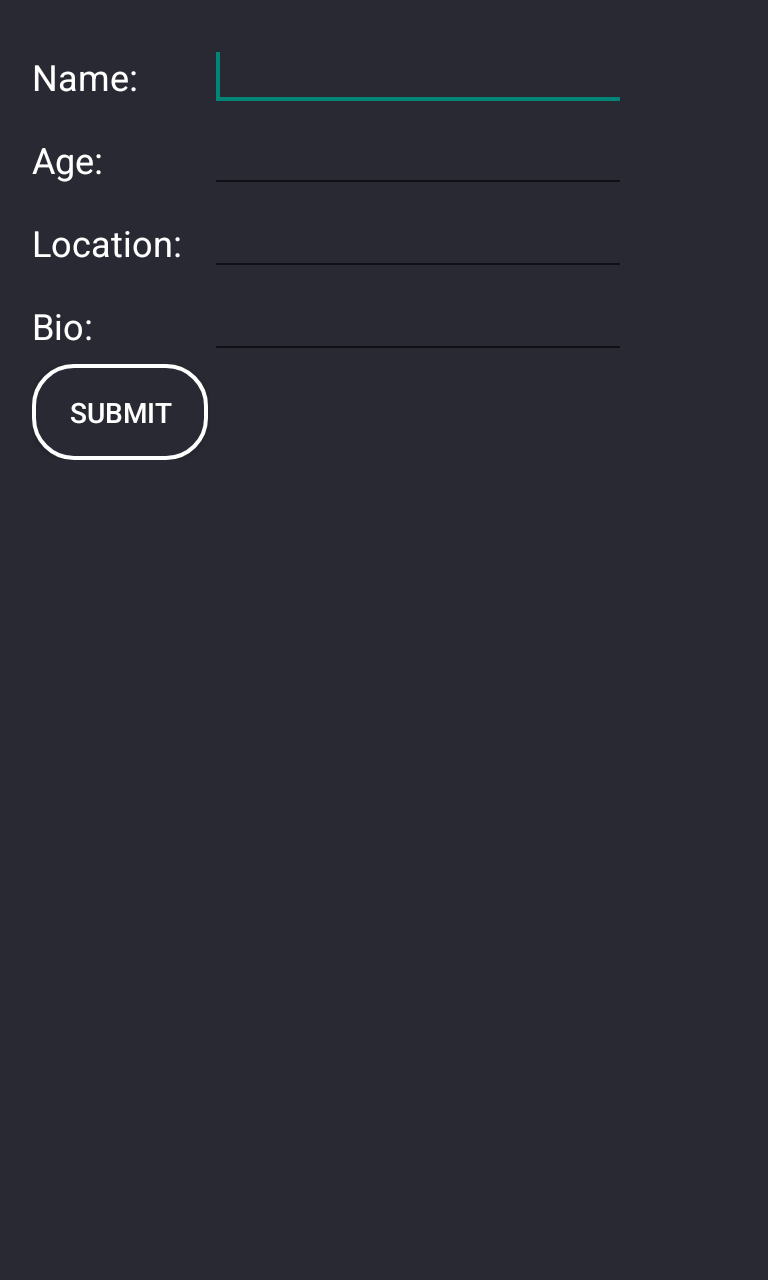
Repository: SageMantis/SeniorProjectGrouple
Layout: client/Grouple/res/layout/activity_edit_profile.xml
These files come from the project's save history. The layout is drawn as it stood at one moment and after the next save; the edit follows.
It is drawn on a 768 x 1280 px phone screen (xhdpi) without system bars, with theme AppBaseTheme; the app's code is not run.

Above is the layout before, as saved 2014-11-05 04:50:49.

After the next save:
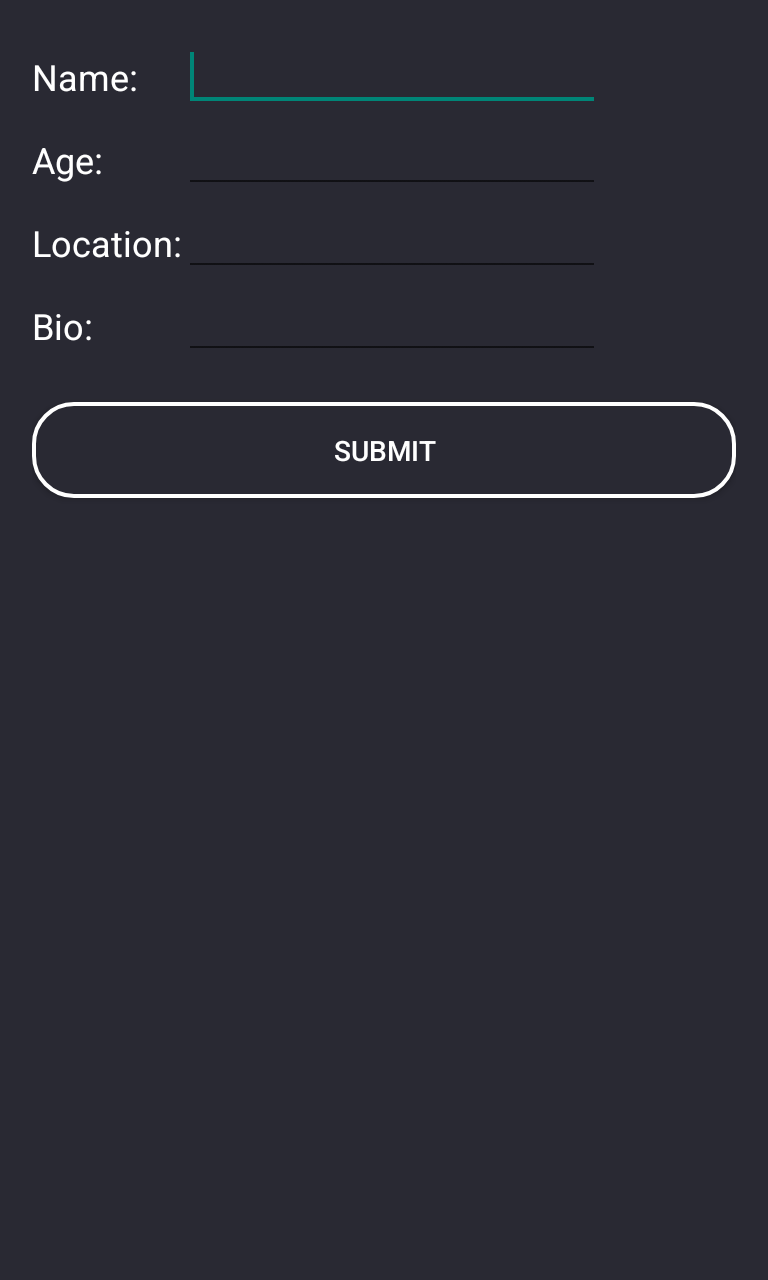
Saved 20 s later.
--- a/client/Grouple/res/layout/activity_edit_profile.xml
+++ b/client/Grouple/res/layout/activity_edit_profile.xml
@@ -107,15 +107,6 @@
         android:layout_width="wrap_content"
         android:layout_height="wrap_content">
 
-        <Button
-            android:id="@+id/submitButtonEPA"
-            android:layout_width="wrap_content"
-            android:layout_height="wrap_content"
-            android:background="@drawable/button_border"
-            android:onClick="submitButton"
-            android:text="Submit"
-            android:textColor="@color/text_color"/>
-
         <TextView
             android:id="@+id/resultTextViewEPA"
             android:layout_width="wrap_content"
@@ -124,4 +115,13 @@
 
     </TableRow>
 
+    <Button
+        android:id="@+id/submitButtonEPA"
+        android:layout_width="wrap_content"
+        android:layout_height="wrap_content"
+        android:background="@drawable/button_border"
+        android:onClick="submitButton"
+        android:text="Submit"
+        android:textColor="@color/text_color" />
+
 </TableLayout>
